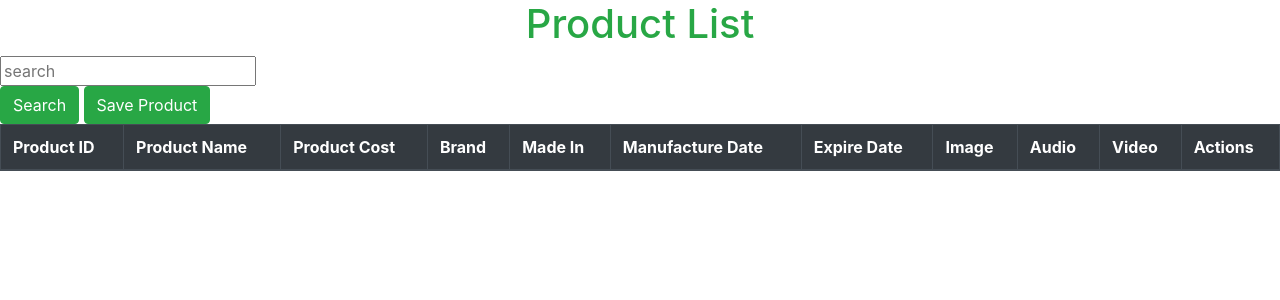
Repository: SaiDeepika973/Advanced-Java
Page: http://localhost/ProductManagementApplication/productlist.jsp
The author's editor kept a copy of each file at every save. The page is drawn from the files as they stood at one save, then again after the next save.
The browser window is 1280 px wide. The pictures show the whole page.
The page is served by Tomcat 9. Queries for data that is not in the repository find no rows.

Above is the page before, as saved 2024-03-10 17:48:16.
Console error (its wording comes from the project's code and is left out).

After the next save:
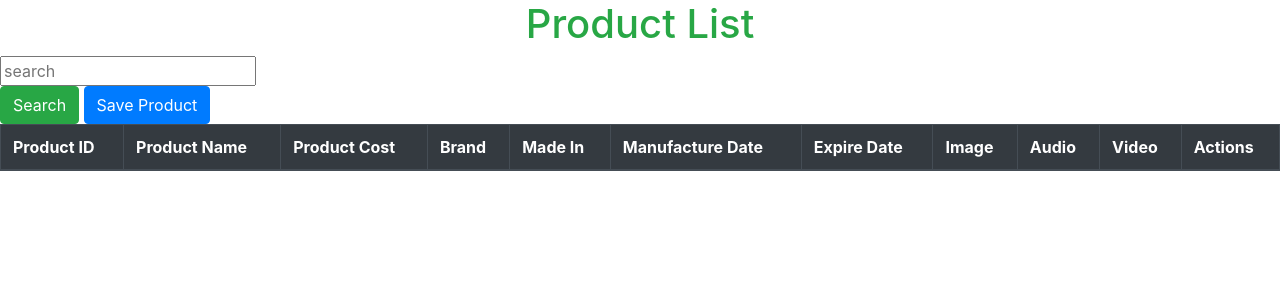
The error is gone.
Saved 107 s later.
--- a/ProductManagementApplication/src/main/webapp/productlist.jsp
+++ b/ProductManagementApplication/src/main/webapp/productlist.jsp
@@ -22,7 +22,7 @@
 
 <div>
 <input type="submit" class="btn btn-success" value="Search">
-<input type="submit" class="btn btn-success" onsubmit="/.AddProductServlet" value="Save Product">
+<a class="btn btn-primary" href="AddProduct.html">Save Product</a>
 </div>
 
 <div>
